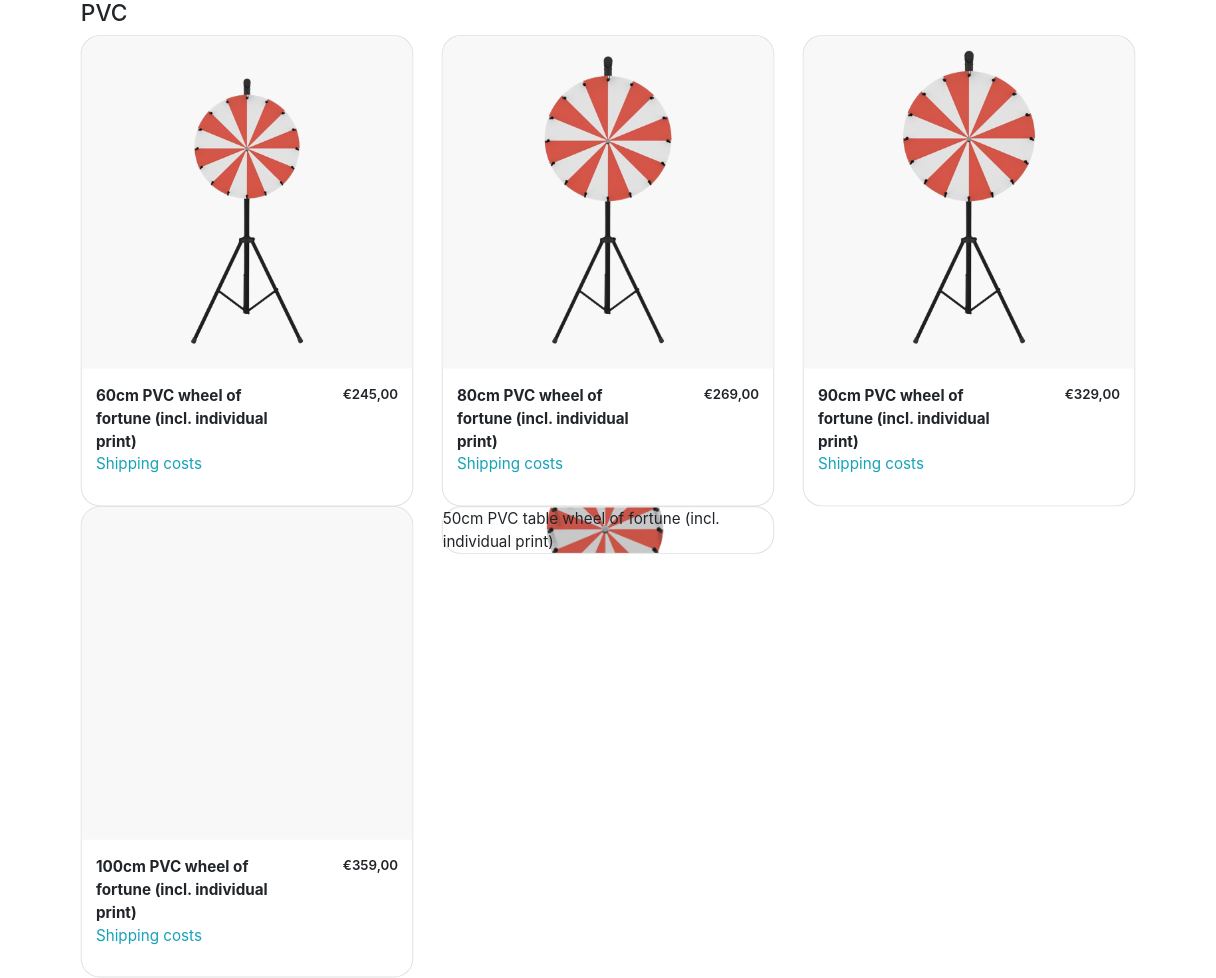
Repository: Awaisp-irfan/fahad-project
Page: pvc.html
These files come from the project's save history. The page is drawn as it stood at one moment and after the next save; the edit follows.
The browser window is 1280 px wide. The pictures show the whole page, at 95% of full size.

Above is the page before, as saved 2022-06-30 09:32:12.

### pvc.html
<!DOCTYPE html>
<html lang="en">
  <head>
    <meta charset="UTF-8" />
    <meta http-equiv="X-UA-Compatible" content="IE=edge" />
    <meta name="viewport" content="width=device-width, initial-scale=1.0" />
    <link
      rel="stylesheet"
      href="https://cdn.jsdelivr.net/npm/bootstrap@4.6.1/dist/css/bootstrap.min.css"
      integrity="sha384-zCbKRCUGaJDkqS1kPbPd7TveP5iyJE0EjAuZQTgFLD2ylzuqKfdKlfG/eSrtxUkn"
      crossorigin="anonymous"
    />

    <link rel="stylesheet" href="./style.css" />
    <title>Document</title>
  </head>
  <body>
    <div class="container">
      <div class="row">
        <div class="col-lg-12">
          <h4 class="heading">PVC</h4>
        </div>
      </div>

      <div class="row">
        <div class="col-lg-4 col-md-6 col-12">
          <div class="card">
            <div class="img-div">
              <div class="cm60-img"></div>
            </div>
            <div class="cm60-content d-flex justify-content-between my-lg-3">
              <div class="col-8">
                <p class="title">60cm PVC wheel of fortune (incl. individual print)</p>
                <p class="text-info">Shipping costs</p>
              </div>
              <div class="col-4 ">
                <p class="price">
                    €245,00
              </p></div>
            </div>
          </div>
        </div>
        <div class="col-lg-4 col-md-6 col-12">
            <div class="card">
              <div class="img-div">
                <div class="cm80-img"></div>
              </div>
              <div class="cm60-content d-flex justify-content-between my-lg-3">
                <div class="col-8">
                  <p class="title">80cm PVC wheel of fortune (incl. individual print)</p>
                  <p class="text-info">Shipping costs</p>
                </div>
                <div class="col-4 ">
                  <p class="price">
                      €269,00
                </p></div>
              </div>
            </div>
          </div>
          <div class="col-lg-4 col-md-6 col-12">
            <div class="card">
              <div class="img-div">
                <div class="cm90-img"></div>
              </div>
              <div class="cm60-content d-flex justify-content-between my-lg-3">
                <div class="col-8">
                  <p class="title">90cm PVC wheel of fortune (incl. individual print)</p>
                  <p class="text-info">Shipping costs</p>
                </div>
                <div class="col-4 ">
                  <p class="price">
                      €329,00
                </p></div>
              </div>
            </div>
          </div>
          <div class="col-lg-4 col-md-6 col-12">
            <div class="card">
              <div class="img-div">
                <div class="cm100-img"></div>
              </div>
              <div class="cm60-content d-flex justify-content-between my-lg-3">
                <div class="col-8">
                  <p class="title">100cm PVC wheel of fortune (incl. individual print)</p>
                  <p class="text-info">Shipping costs</p>
                </div>
                <div class="col-4 ">
                  <p class="price">
                      €359,00
                </p></div>
              </div>
            </div>
          </div>
        <div class="col-lg-4">
          <div class="card img-div">
            <div class="cm50">
              50cm PVC table wheel of fortune (incl. individual print)
            </div>
          </div>
        </div>
      </div>
    </div>
  </body>
</html>

### style.css
.pvc{
    background-image: url(./assests/2289977149.jpg);
    background-size: cover;
    background-position: center;
    background-repeat: no-repeat;
    height: 100%;
    border-radius: 20px;
}

.col-lg-4>a > .img-div{
    height: 400px;
    border-radius: 20px;
}
.card{
    border-radius: 20px;
}
.card>.img-div{
    height: 350px;
    border-top-left-radius: 20px;
    border-top-right-radius: 20px;
    background-color: rgb(248, 248, 248);
}
.wooden{
    background-image: url(./assests/wooden.jpg);
    background-size: cover;
    background-position: center;
    background-repeat: no-repeat;
    height: 100%;
    border-radius: 20px;
}

.display{
    background-image: url(./assests/display.jpg);
    background-size: cover;
    background-position: center;
    background-repeat: no-repeat;
    height: 100%;
    border-radius: 20px;
}
.cm60-img{
    background: url(./assests/60cm_PVC-removebg-preview.png);

    background-size: cover;
    background-position: center;
    background-repeat: no-repeat;
    height: 100%;
    border-radius: 20px;
}

.cm80-img{
    background: url(./assests/80cm_PVC-removebg-preview.png);

    background-size: cover;
    background-position: center;
    background-repeat: no-repeat;
    height: 100%;
    border-radius: 20px;
}

.cm90-img{
    background: url(./assests/90cm_PVC-removebg-preview.png);

    background-size: cover;
    background-position: center;
    background-repeat: no-repeat;
    height: 100%;
    border-radius: 20px;
}
.cm100{
    background: url(./assests/100cm_PVC-removebg-preview.png);

    background-size: cover;
    background-position: center;
    background-repeat: no-repeat;
    height: 100%;
    border-radius: 20px;
}

.cm50{
    background: url(./assests//50cm\ PVC.png);

    background-size: cover;
    background-position: center;
    background-repeat: no-repeat;
    height: 100%;
    border-radius: 20px;
}

.title{
    font-weight: bold;
    font-size: 16px;
    margin: 0;
    padding: 0;
}

.price{
    font-size: 14px;
    font-weight: 600;
    text-align: right;
    margin: 0;
    padding: 0;
}

After the next save:
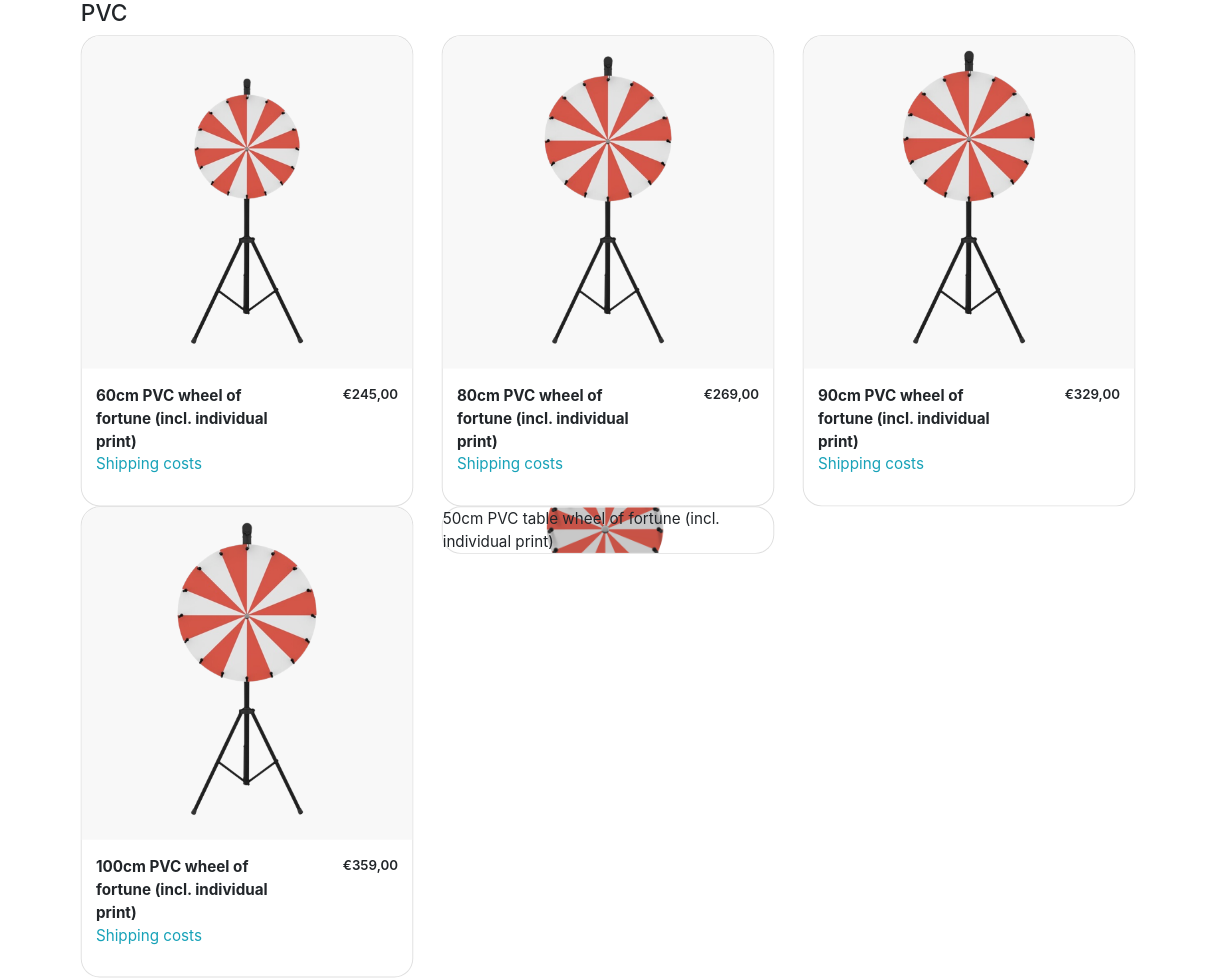
Saved 14 s later.
--- a/style.css
+++ b/style.css
@@ -66,7 +66,7 @@
     height: 100%;
     border-radius: 20px;
 }
-.cm100{
+.cm100-img{
     background: url(./assests/100cm_PVC-removebg-preview.png);
 
     background-size: cover;
